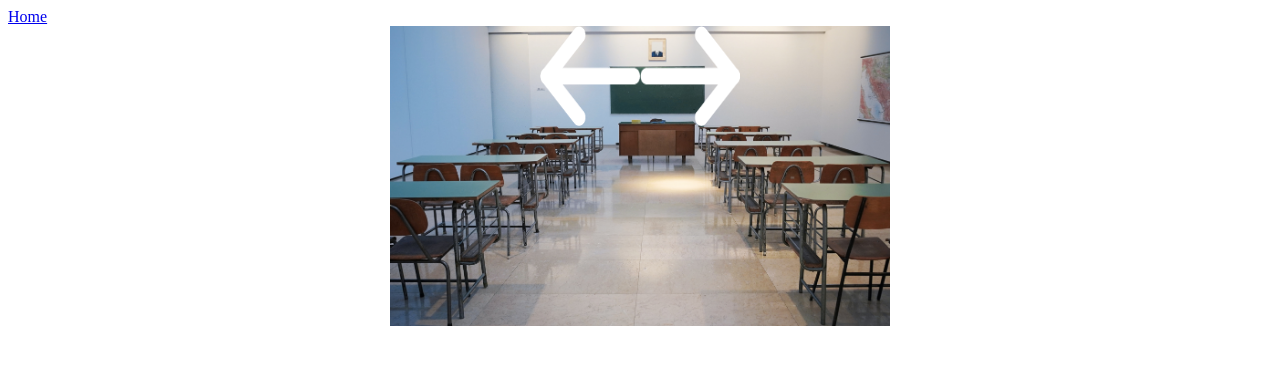
Repository: jjennbui/class8
Page: /carouselPage
The author's editor kept a copy of each file at every save. The page is drawn from the files as they stood at one save, then again after the next save.
The browser window is 1280 px wide. The pictures show the whole page.
The project was rebuilt for these pictures with package versions that can differ from the ones it lists, and the page was loaded fresh each time. The framework's server and built-in components were replaced by stand-ins that run in the browser. Also part of the build but not shown: next.config.js.

Above is the page before, as saved 2023-02-20 18:24:48.

After the next save:
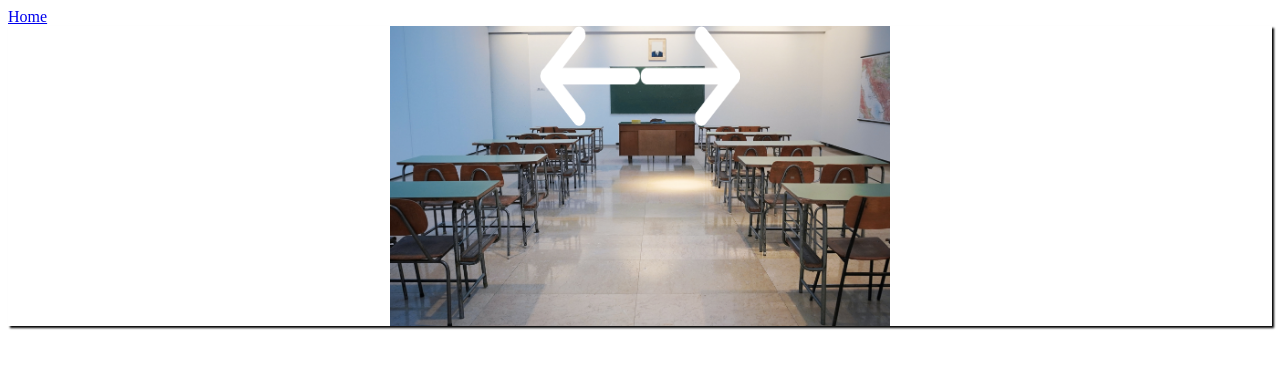
Saved 7 s later.
--- a/components/carousel/carousel.module.css
+++ b/components/carousel/carousel.module.css
@@ -7,5 +7,5 @@
 .main{
     display: flex;
     justify-content: center;
-    box-shadow: ;
+    box-shadow: 2px 2px 2px black;
 }

After the save that followed:
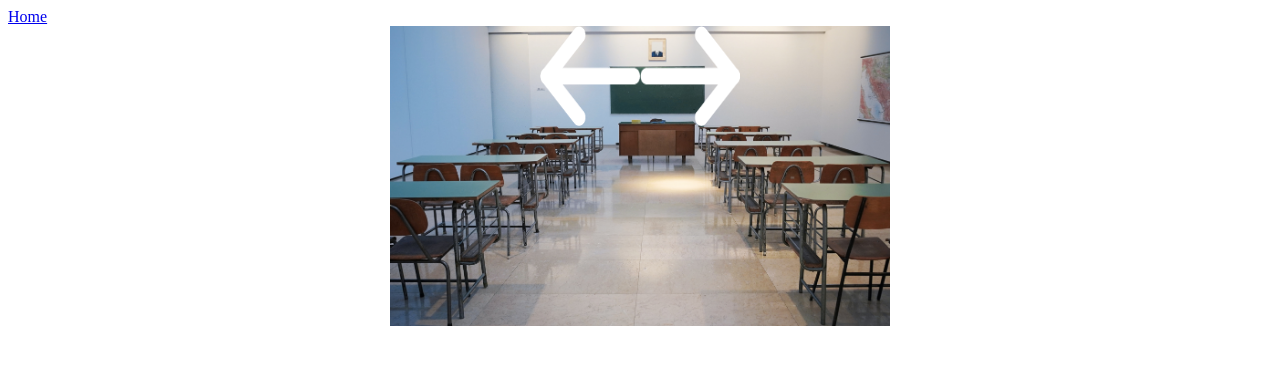
Saved 8 s later.
--- a/components/carousel/carousel.module.css
+++ b/components/carousel/carousel.module.css
@@ -7,5 +7,4 @@
 .main{
     display: flex;
     justify-content: center;
-    box-shadow: 2px 2px 2px black;
 }
